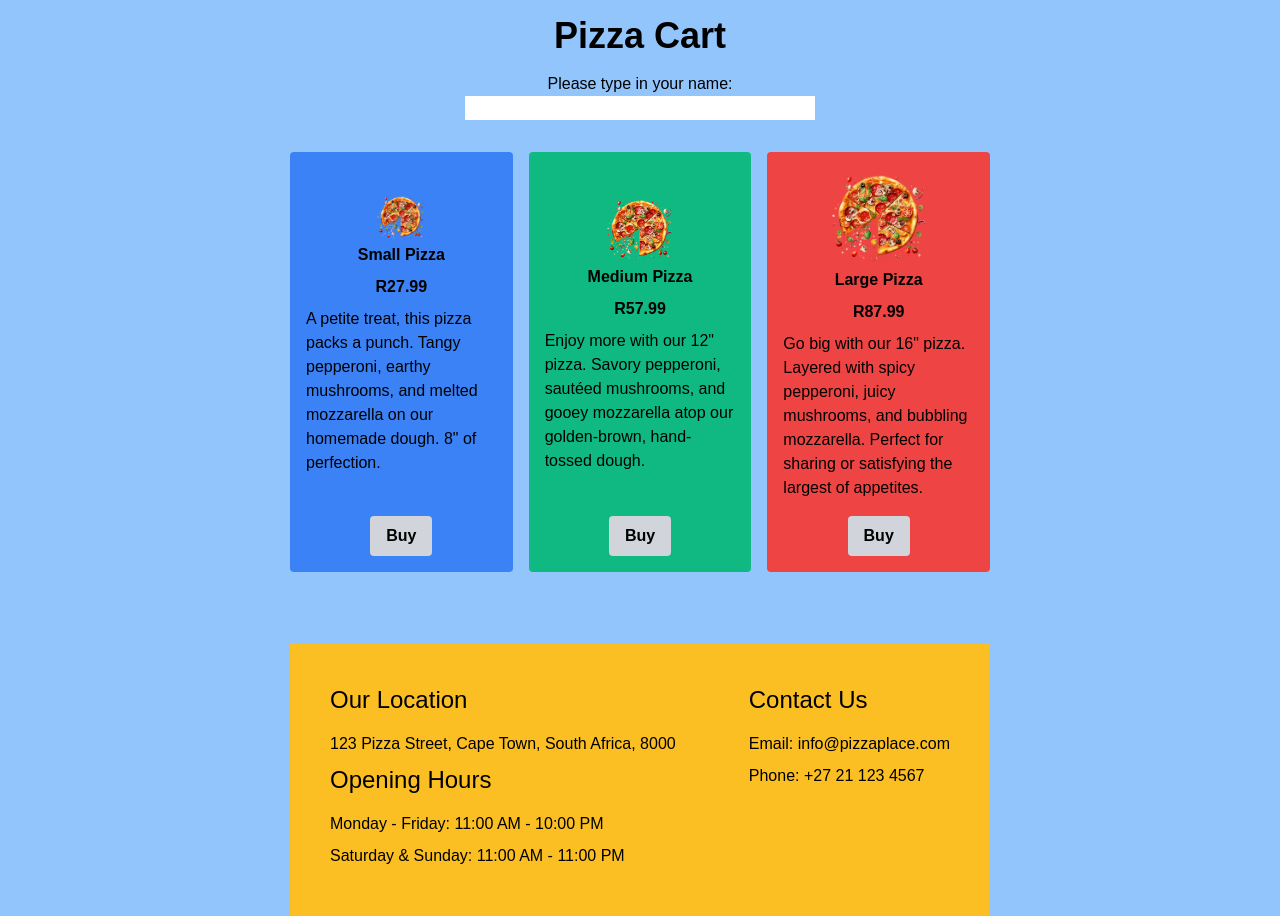
Repository: lasity34/pizza-cart-with-api
Page: index.html
These files come from the project's save history. The page is drawn as it stood at one moment and after the next save; the edit follows.
The browser window is 1280 px wide. The pictures show the whole page.
The page's requests for data from a server got no answer. Some web fonts or font styles are not loaded; a fallback is used. Some web libraries are served in a nearby version.

Above is the page before, as saved 2023-07-16 18:14:54.
Console error (its wording comes from the project's code and is left out).

### index.html
<!DOCTYPE html>
<html lang="en">
  <head>
    <meta charset="UTF-8" />
    <meta name="viewport" content="width=device-width, initial-scale=1.0" />
    <title>Pizza Cart</title>
    <script src="//unpkg.com/alpinejs" defer></script>
    <link
      href="https://cdn.jsdelivr.net/npm/tailwindcss@2.1.2/dist/tailwind.min.css"
      rel="stylesheet"
    />
    <script
      src="https://cdnjs.cloudflare.com/ajax/libs/axios/1.4.0/axios.min.js"
      integrity="sha512-uMtXmF28A2Ab/JJO2t/vYhlaa/3ahUOgj1Zf27M5rOo8/+fcTUVH0/E0ll68njmjrLqOBjXM3V9NiPFL5ywWPQ=="
      crossorigin="anonymous"
      referrerpolicy="no-referrer"
    ></script>
    <link href="./style.css" rel="stylesheet" />
    <link rel="preconnect" href="https://fonts.googleapis.com" />
    <link rel="preconnect" href="https://fonts.gstatic.com" crossorigin />
    <link
      href="https://fonts.googleapis.com/css2?family=Titillium+Web:ital@0;1&family=Tsukimi+Rounded:wght@300;400;500&display=swap"
      rel="stylesheet"
    />
  </head>
  <body x-data="pizzaCart" class="bg-blue-300" x-cloak>

    <section class="flex justify-center items-center">
      <h1 class="text-4xl pt-4 font-bold">Pizza Cart</h1>
    </section>
    <section class="flex flex-col items-center mt-4">
      <h3>Please type in your name:</h3>
      <input type="text" x-modal="username" class="w-1/2" />
    </section>
    <section  x-show=" cartTotal > 0 "
  class="shop-container my-3 sm:my-4 p-4 sm:p-5 flex flex-col text-xs sm:text-sm justify-center items-center"
>
  <h2 class="text-xl sm:text-2xl mb-2 font-bold">Shopping Cart</h2>
  <div class="mt-4 flex flex-col items-center">
    <div>
        <section class="mt-6">
            <table class="table-auto w-full rounded-lg overflow-hidden shadow-lg max-w-md mx-auto">
                <thead class="bg-red-600">
                    <tr>
                        <th class="px-2 sm:px-3 py-1 text-left text-xs sm:text-sm font-bold font-medium text-white uppercase tracking-wider">Flavour</th>
                        <th class="px-2 sm:px-3 py-1 text-left text-xs sm:text-sm font-medium text-white uppercase tracking-wider">Size</th>
                        <th class="px-2 sm:px-3 py-1 text-left text-xs sm:text-sm font-medium text-white uppercase tracking-wider">Quantity</th>
                        <th class="px-2 sm:px-3 py-1 text-left text-xs sm:text-sm font-medium text-white uppercase tracking-wider">Price</th>
                        <th class="px-2 sm:px-3 py-1 text-left text-xs sm:text-sm font-medium text-white uppercase tracking-wider">Total</th>
                    </tr>
                </thead>
                <tbody class="bg-yellow-100 divide-y divide-gray-200 overflow-auto max-h-48 sm:max-h-56">

                    <template x-for="pizza in cartPizzas">
                        <tr>
                          <td class="px-1 sm:px-2 py-1 whitespace-nowrap font-bold text-xs sm:text-sm text-gray-500" x-text="pizza.flavour"></td>

                            <td class="px-2 sm:px-3 py-1 whitespace-nowrap font-bold text-xs sm:text-sm text-gray-500" x-text="pizza.size"></td>
                            <td class="px-2 sm:px-3 py-1 whitespace-nowrap font-bold text-xs sm:text-sm text-gray-500">
                                <div class="flex items-center justify-center">
                                    <button
                                        @click="addPizzaToCart(pizza.id)"
                                        class="bg-gray-200 hover:bg-gray-300 text-gray-800 font-bold py-1 px-2 sm:px-3 rounded-l"
                                    >
                                        +
                                    </button>
                                    <div x-text="pizza.qty" class="mx-1 sm:mx-2"></div>
                                    <button
                                        @click="removePizzaFromCart(pizza.id)"
                                        class="bg-gray-200 hover:bg-gray-300 text-gray-800 font-bold py-1 px-2 sm:px-3 rounded-r"
                                    >
                                        -
                                    </button>
                                </div>
                            </td>
                            <td class="px-2 sm:px-3 py-1 whitespace-nowrap text-xs sm:text-sm font-bold text-gray-500">
                                R<span x-text="pizza.price"></span>
                            </td>
                            <td class="px-2 sm:px-3 py-1 whitespace-nowrap text-xs sm:text-sm font-bold text-gray-500">
                                R<span x-text="(pizza.qty * pizza.price).toFixed(2)"></span>
                            </td>
                        </tr>
                    </template>
                </tbody>
            </table>
        </section>
    </div>
    <div class="flex justify-center mt-2 sm:mt-4">
      <p class="font-bold">Total Cost</p>
      <p class="ml-3 sm:ml-5 font-bold">
        R<span x-text="(cartTotal).toFixed(2)">0.00</span>
      </p>
    </div>
    <div class="mt-2 sm:mt-4">
      <span x-text="message"></span>
    </div>

    <div class="mt-2 sm:mt-4"  x-cloak>
      <label class="font-bold">Payment Amount:</label>
      <input
        placeholder="Enter payment here"
        type="number"
        step="0.01"
        class="rounded ml-1 sm:ml-2 py-1 sm:py-2"
        x-model="paymentAmount"
      />
    </div>
    <div class="mt-3 sm:mt-6">
      <button
        x-cloak
        @click="payForCart()"
        class="bg-gray-300 hover:bg-gray-400 py-1 sm:py-2 px-4 sm:px-8 rounded font-bold"
      >
        <span>Pay</span>
      </button>
    </div>
  </div>
</section>




    <section class="pizza_columns mt-8">
      <div
        class="flex flex-col gap-4 mx-auto items-center lg:items-stretch lg:flex-row justify-center"
      >
        <div
          class="flex bg-blue-500 rounded p-4 w-4/5 lg:w-4/5 flex-grow flex-shrink flex flex-col justify-between text-black items-center"
        >
          <div class="flex-grow flex flex-col items-center justify-center">
            <img src="./pizza.png" width="50" />
            <h3 class="mb-2 font-bold">Small Pizza</h3>
            <h3 class="mb-2 font-bold">R27.99</h3>
            <p class="mb-4">
              A petite treat, this pizza packs a punch. Tangy pepperoni, earthy
              mushrooms, and melted mozzarella on our homemade dough. 8" of
              perfection.
            </p>
          </div>
          <button
            @click=""
            :disabled="smallAdded"
            class="bg-gray-300 hover:bg-gray-400 transition-colors duration-300 py-2 px-4 rounded font-bold"
          >
            Buy
          </button>
        </div>
        <div
          class="pizza_md bg-green-500 rounded p-4 w-4/5 lg:w-4/5 flex-grow flex-shrink flex flex-col justify-between text-black items-center"
        >
          <div class="flex-grow flex flex-col items-center justify-center">
            <img src="./pizza.png" width="70" />
            <h3 class="mb-2 font-bold">Medium Pizza</h3>
            <h3 class="mb-2 font-bold">R57.99</h3>
            <p class="mb-4">
              Enjoy more with our 12" pizza. Savory pepperoni, sautéed
              mushrooms, and gooey mozzarella atop our golden-brown, hand-tossed
              dough.
            </p>
          </div>
          <button
            @click=""
            :disabled="mediumAdded"
            class="bg-gray-300 hover:bg-gray-400 transition-colors duration-300 py-2 px-4 rounded font-bold"
          >
            Buy
          </button>
        </div>
        <div
          class="pizza_lg bg-red-500 rounded p-4 w-4/5 lg:w-4/5 flex-grow flex-shrink flex flex-col justify-between text-black items-center"
        >
          <div class="flex-grow flex flex-col items-center justify-center">
            <img src="./pizza.png" width="100" />
            <h3 class="mb-2 font-bold">Large Pizza</h3>
            <h3 class="mb-2 font-bold">R87.99</h3>
            <p class="mb-4">
              Go big with our 16" pizza. Layered with spicy pepperoni, juicy
              mushrooms, and bubbling mozzarella. Perfect for sharing or
              satisfying the largest of appetites.
            </p>
          </div>
          <button
            @click=""
            :disabled="largeAdded"
            class="bg-gray-300 hover:bg-gray-400 transition-colors duration-300 py-2 px-4 rounded font-bold"
          >
            Buy
          </button>
        </div>
      </div>
    </section>
    <!-- all pizzas display -->
    <section class="mt-8">
        <div class="flex flex-col items-center">
            <template x-for="pizza in pizzas">
                <div class="flex items-center border-b border-gray-200 bg-yellow-200 shadow-lg rounded-lg px-4 py-4 my-3 w-full max-w-xl">
                    <div class="w-24 h-24 flex-shrink-0">
                        <img src="./pizza.png" class="w-full h-full object-cover rounded-lg" />
                    </div>
                    <div class="ml-4 flex-grow flex justify-between w-3/4 items-center">
                        <h5 class="ml-2 text-lg font-bold text-black" x-text="pizza.flavour"></h5>
                        <p class="text-lg text-black mt-5 mb-4 mr-6 font-bold">R<span x-text="pizza.price"></span></p>
                    </div>
                    <div>
                        <button @click="addPizzaToCart(pizza.id)" class="bg-gray-600 hover:bg-gray-700 text-white font-bold py-2 px-4 rounded">Buy</button>
                    </div>
                </div>
            </template>
        </div>
    </section>



    <footer class="bg-yellow-400 text-black mt-10 p-10">
      <div class="container mx-auto flex justify-between">
        <div>
          <h2 class="text-2xl mb-4">Our Location</h2>
          <p class="mb-2">123 Pizza Street, Cape Town, South Africa, 8000</p>

          <h2 class="text-2xl mb-4">Opening Hours</h2>
          <p class="mb-2">Monday - Friday: 11:00 AM - 10:00 PM</p>
          <p class="mb-2">Saturday & Sunday: 11:00 AM - 11:00 PM</p>
        </div>
        <div>
          <h2 class="text-2xl mb-4">Contact Us</h2>
          <p class="mb-2">Email: info@pizzaplace.com</p>
          <p class="mb-2">Phone: +27 21 123 4567</p>
        </div>
      </div>
    </footer>

    <div
      x-show="show"
      x-transition:enter="transition ease-out duration-300"
      x-transition:enter-start="opacity-0 transform scale-90"
      x-transition:enter-end="opacity-100 transform scale-100"
      x-transition:leave="transition ease-in duration-300"
      x-transition:leave-start="opacity-100 transform scale-100"
      x-transition:leave-end="opacity-0 transform scale-90"
      class="fixed inset-0 flex items-center justify-center z-50"
    >
      <div class="bg-green-800 text-white rounded p-5 shadow-lg">
        <p x-text="message"></p>
      </div>
    </div>

    <script src="./pizza.js"></script>
  </body>
</html>

### style.css

body {
    max-width: 700px;
    margin: 0 auto;

font-family: 'Tsukimi Rounded', sans-serif;
}

.shop-container {
    background-color: rgb(205, 190, 50);
    max-width: 95%;
    margin: 1em auto;
}

input::-webkit-outer-spin-button,
input::-webkit-inner-spin-button {
  -webkit-appearance: none;
  margin: 0;
}

input[type="number"] {
  -moz-appearance: textfield;
 text-indent: 10px;
}

[x-cloak] { display: none; }

### pizza.js
function pizzaCart() {
  return {
    quantity: 0,
    paymentAmount: 0,
    message: "",
    show: false,
    lastMessageAdded: "",
    pizzas: [],
    cartPizzas: [],
    username: "bjorn",
    cartId: "",
    cartTotal: 0.0,
    // increment(size) {
    //   if (size === "small" && this.smallAdded) {
    //     this.smallAmount++;
    //   } else if (size === "medium" && this.mediumAdded) {
    //     this.mediumAmount++;
    //   } else if (size === "large" && this.largeAdded) {
    //     this.largeAmount++;
    //   }
    // },
    // buy(size) {
    //   if (size === "small") {
    //     this.smallAdded = true;
    //     this.smallAmount++; // increment the small pizza count
    //     this.message = "Small Pizza has been added";
    //   } else if (size === "medium") {
    //     this.mediumAdded = true;
    //     this.mediumAmount++; // increment the medium pizza count
    //     this.message = "Medium Pizza has been added";
    //   } else if (size === "large") {
    //     this.largeAdded = true;
    //     this.largeAmount++; // increment the large pizza count
    //     this.message = "Large Pizza has been added";
    //   }
    //   this.toggleModal();
    // },
    // decrement(size) {
    //   if (size === "small" && this.smallAmount > 0 && this.smallAdded) {
    //     this.smallAmount--;
    //     if (this.smallAmount === 0) this.smallAdded = false;
    //   }
    //   if (size === "medium" && this.mediumAmount > 0 && this.mediumAdded) {
    //     this.mediumAmount--;
    //     if (this.mediumAmount === 0) this.mediumAdded = false;
    //   }
    //   if (size === "large" && this.largeAmount > 0 && this.largeAdded) {
    //     this.largeAmount--;
    //     if (this.largeAmount === 0) this.largeAdded = false;
    //   }
    // },
    // total() {
    //   return (
    //     this.smallAmount * this.prices.small +
    //     this.mediumAmount * this.prices.medium +
    //     this.largeAmount * this.prices.large
    //   );
    // },
    // paymentTotal() {
    //   if (this.paymentAmount < this.total()) {
    //     this.payMessage = `<p class='flex bg-red-600 text-white py-2 px-4 font-bold text-lg my-3 py-1'>R${(
    //       this.total() - this.paymentAmount
    //     ).toFixed(2)} is needed</p>`;
    //     setTimeout(() => {
    //       this.payMessage = "";
    //     }, 2000);
    //   } else if (this.paymentAmount > this.total()) {
    //     this.payMessage = `<p class='flex bg-red-600 text-white py-2 px-4 font-bold text-lg my-3 py-1'>There is R${(
    //       this.paymentAmount - this.total()
    //     ).toFixed(2)} too much</p>`;
    //     setTimeout(() => {
    //       this.payMessage = "";
    //     }, 2000);
    //   } else if (this.paymentAmount == this.total() && this.total() !== 0) {
    //     this.payMessage =
    //       "<p class='flex bg-green-600 text-white py-2 px-4 font-bold text-lg my-3 py-1'>Enjoy your pizzas<p>";
    //     this.reset();
    //     setTimeout(() => {
    //       this.payMessage = "";
    //     }, 2000);
    //   }
    // },
    toggleModal() {
      this.show = !this.show;
      if (this.show) {
        setTimeout(() => {
          this.show = false;
        }, 2000); // Close after 2 seconds
      }
    },
    reset() {
      this.smallAmount = 0;
      this.mediumAmount = 0;
      this.largeAmount = 0;
      this.paymentAmount = 0;
      this.message = "";

      this.smallAdded = false;
      this.mediumAdded = false;
      this.largeAdded = false;
      this.show = false;
    },

    // API

    createCart() {

      const cartid = localStorage["cartId"];
      const createCartURL = `https://pizza-api.projectcodex.net/api/pizza-cart/create?username=${this.username}`;

      if (cartid) {
        this.cartId = cartid;
      } else {
        return axios.get(createCartURL).then((result) => {
          this.cartId = result.data.cart_code;
          localStorage["cartId"] = this.cartId;
        });
      }
    },

    getCart() {
      const getCartURL = `https://pizza-api.projectcodex.net/api/pizza-cart/${this.cartId}/get`;
      return axios.get(getCartURL);
    },

    addPizza(pizzaId) {
      return axios.post(
        "https://pizza-api.projectcodex.net/api/pizza-cart/add",
        {
          cart_code: this.cartId,
          pizza_id: pizzaId,
        }
      );
    },
    removePizza(pizzaId) {
      return axios.post(
        "https://pizza-api.projectcodex.net/api/pizza-cart/remove",
        {
          cart_code: this.cartId,
          pizza_id: pizzaId,
        }
      );
    },
    pay(amount) {
      return axios.post(
        "https://pizza-api.projectcodex.net/api/pizza-cart/pay",
        {
          cart_code: this.cartId,
          amount,
        }
      );
    },
    showCartData() {
      this.getCart().then((result) => {
        const cartData = result.data;
        this.cartPizzas = cartData.pizzas;
        this.cartTotal = cartData.total;
      });
    },
    init() {
      axios
        .get("https://pizza-api.projectcodex.net/api/pizzas")
        .then((result) => {
          this.pizzas = result.data.pizzas;
        });

      if (!this.cartId) {
        this.createCart().then(() => {
          this.showCartData();
        });
      }

      this.showCartData();
    },
    addPizzaToCart(pizzaId) {
      this.addPizza(pizzaId).then(() => {
        this.showCartData();
      });
    },
    removePizzaFromCart(pizzaId) {
      this.removePizza(pizzaId).then(() => {
        this.showCartData();
      });
    },
    payForCart() {
      this.pay(this.paymentAmount).then((result) => {
        if (result.data.status === "failure") {
          this.message = result.data.message;
          setTimeout(() => (this.message = ""), 3000);
        } else {
          this.message = "Payment Received";

          setTimeout(() => {
            this.message = "";
            this.cartPizzas = [];
            this.cartTotal = 0.0;
            this.cartId = "";
            localStorage['cartId']
            this.paymentAmount = 0;
            this.createCart();
          }, 3000);
        }
      });
    },
  };
}

document.addEventListener("alpine:init", () => {
  Alpine.data("pizzaCart", pizzaCart);
});

After the next save:
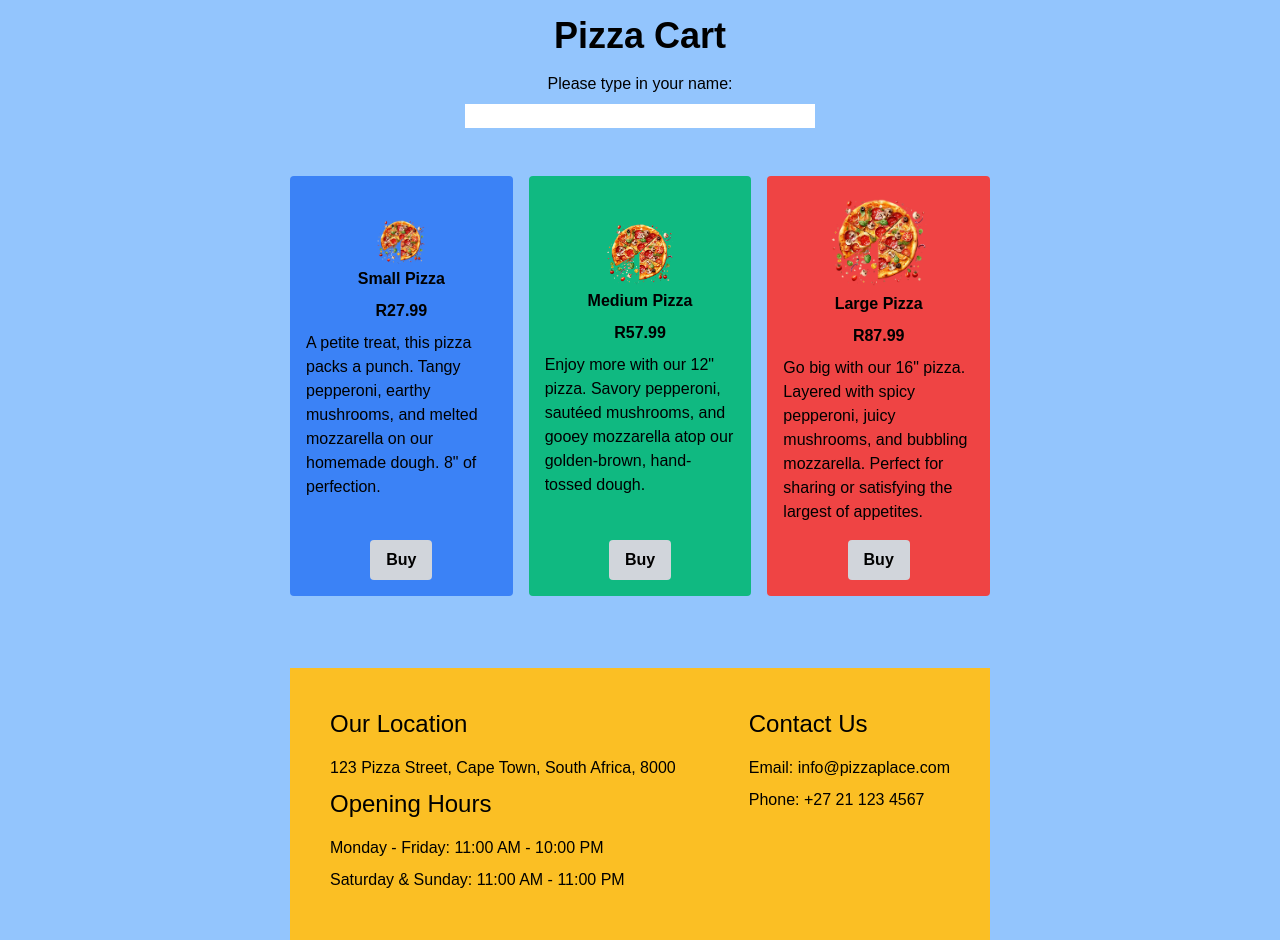
Saved 36 s later.
--- a/index.html
+++ b/index.html
@@ -28,9 +28,9 @@
     <section class="flex justify-center items-center">
       <h1 class="text-4xl pt-4 font-bold">Pizza Cart</h1>
     </section>
-    <section class="flex flex-col items-center mt-4">
+    <section class="flex flex-col items-center mt-4 pb-4">
       <h3>Please type in your name:</h3>
-      <input type="text" x-modal="username" class="w-1/2" />
+      <input type="text" x-modal="username" class="w-1/2 mt-2" />
     </section>
     <section  x-show=" cartTotal > 0 "
   class="shop-container my-3 sm:my-4 p-4 sm:p-5 flex flex-col text-xs sm:text-sm justify-center items-center"
